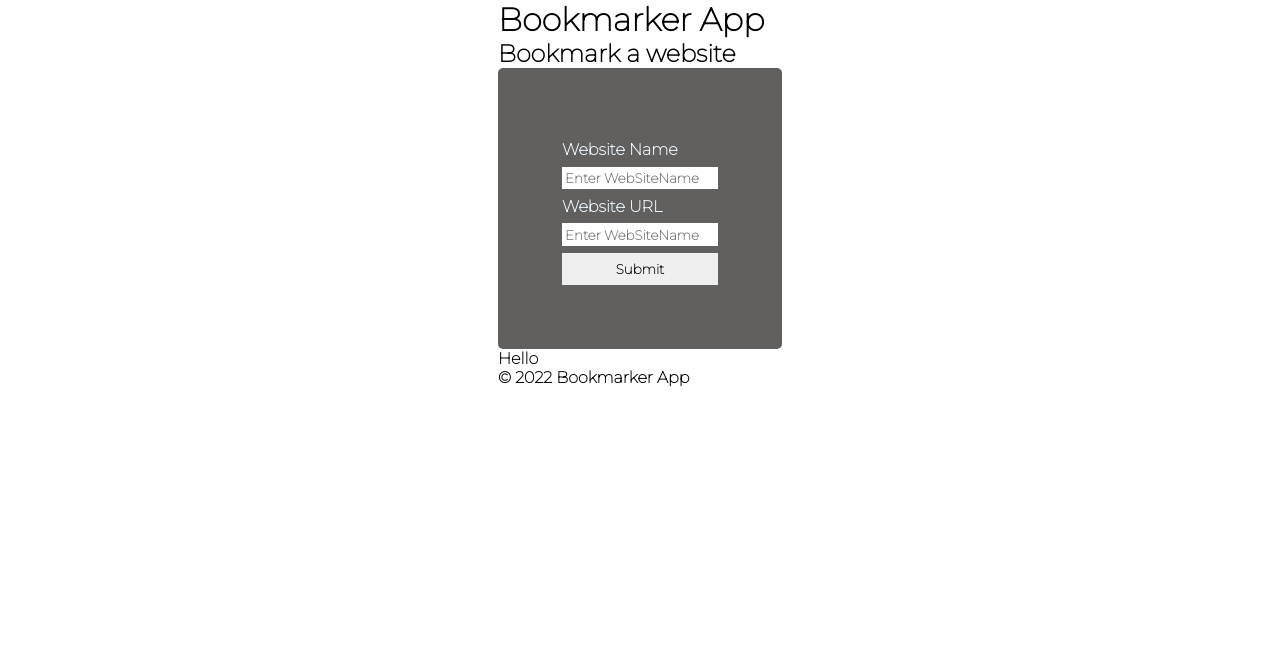
Repository: Suporl9/BookMarkerApp
Page: index.html
The author's editor kept a copy of each file at every save. The page is drawn from the files as they stood at one save, then again after the next save.
The browser window is 1280 px wide. The pictures show the whole page.

Above is the page before, as saved 2021-11-21 21:01:15.

After the next save:
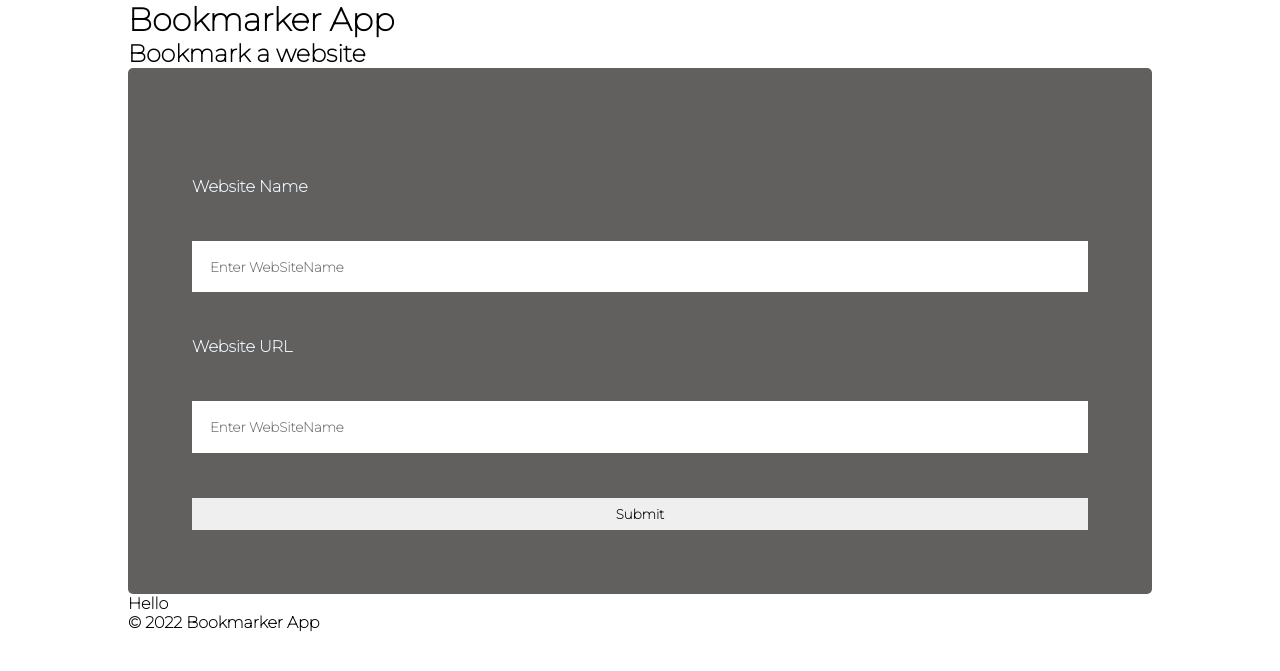
Saved 7 s later.
--- a/style.css
+++ b/style.css
@@ -35,7 +35,7 @@ body {
 .innerContainer {
   display: flex;
   flex-direction: column;
-  /* width: 0%; */
+  width: 100%;
 }
 .formSec {
   display: flex;
